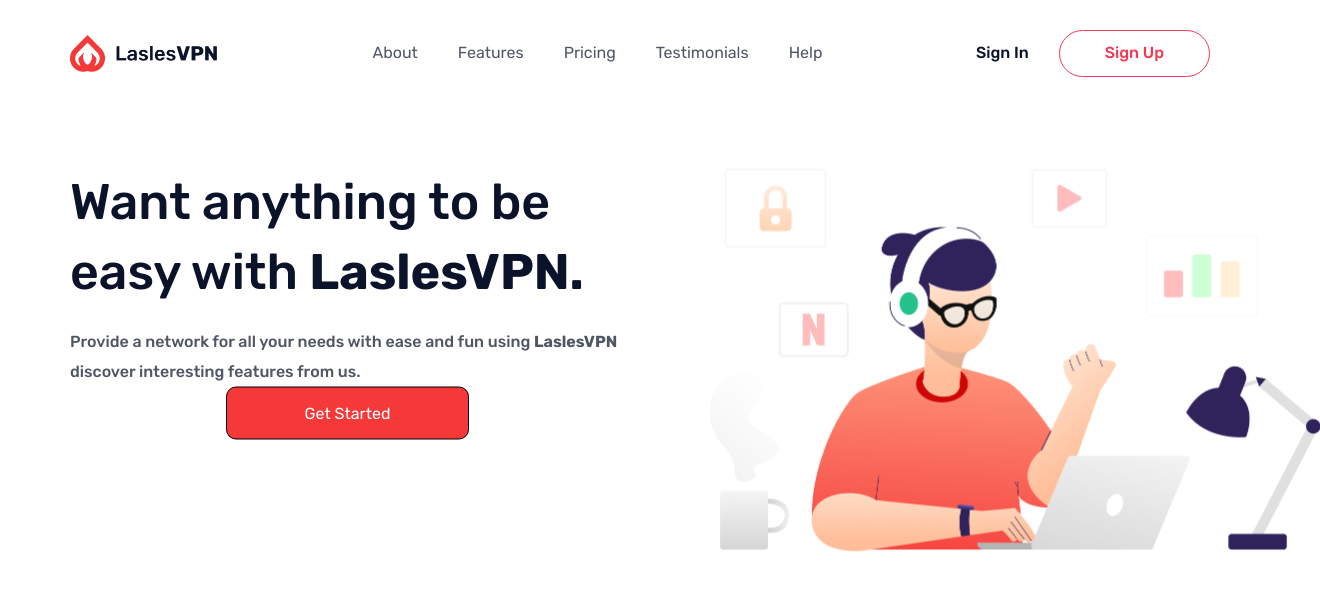
Repository: thefellowshiplotr/lasles_recode
Page: index.html
The author's editor kept a copy of each file at every save. The page is drawn from the files as they stood at one save, then again after the next save.
The browser window is 1280 px wide. The page is 1320 px wide, so the pictures cover 1320 px, including what lies to the right of the window. The pictures show the whole page.
The style sheet was rebuilt from its Sass, Less or Tailwind sources for each picture, by a compiler version that may differ from the author's.

Above is the page before, as saved 2022-10-28 13:47:02.

After the next save:
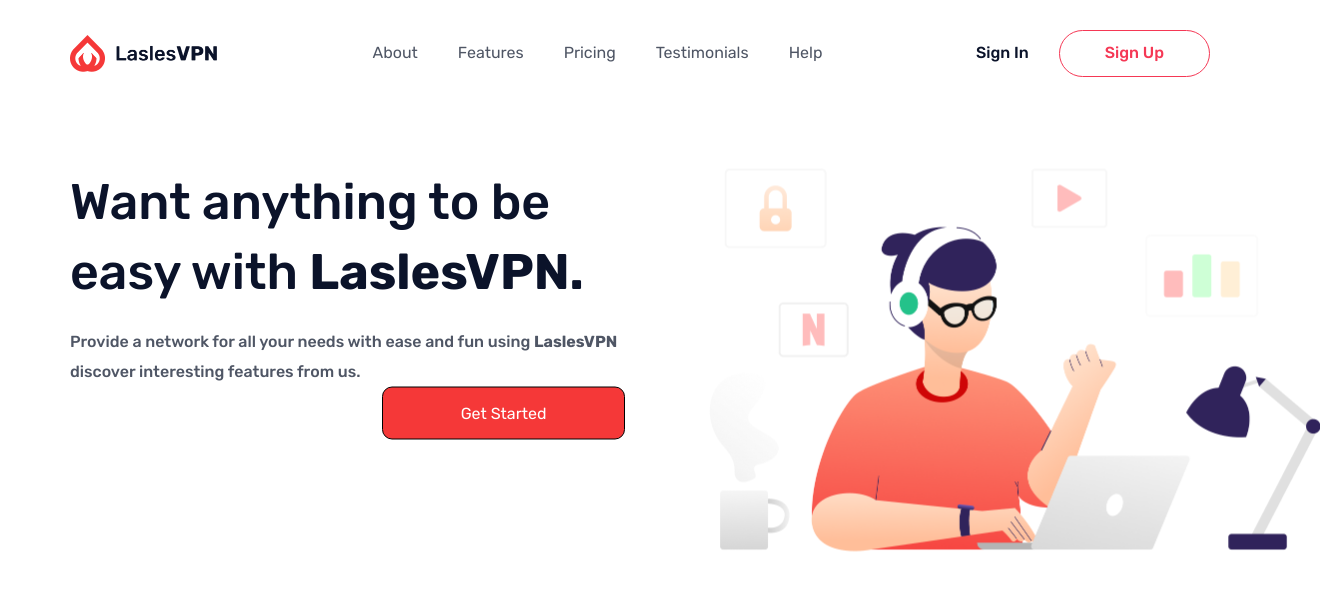
Saved 46 s later.
--- a/index.html
+++ b/index.html
@@ -58,7 +58,12 @@
                 <strong class="hero-laslesvpn2">LaslesVPN</strong> discover
                 interesting features from us.
               </p>
-              <a href="" class="button button-primary">Get Started</a>
+              <a
+                style="align-self: flex-end"
+                href=""
+                class="button button-primary"
+                >Get Started</a
+              >
             </div>
             <div class="hero-img">
               <img srcset="./img/hero-image.png 2x" alt="" />

After the save that followed:
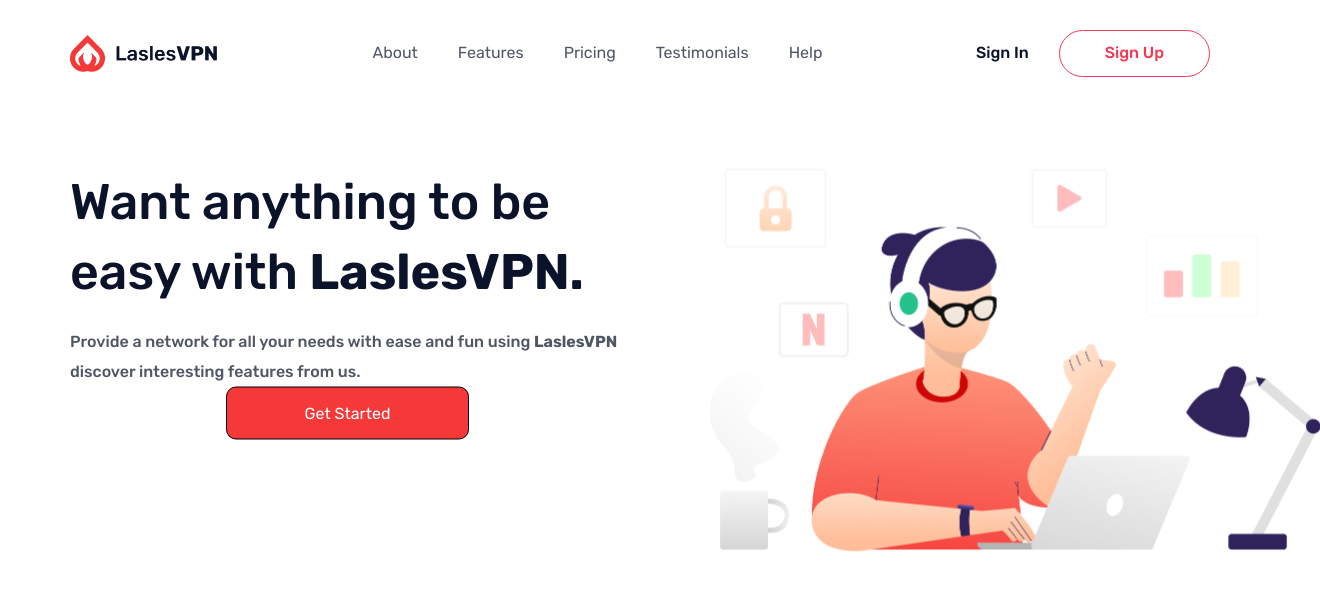
Saved 18 s later.
--- a/index.html
+++ b/index.html
@@ -59,7 +59,7 @@
                 interesting features from us.
               </p>
               <a
-                style="align-self: flex-end"
+                style="justify-self: flex-end"
                 href=""
                 class="button button-primary"
                 >Get Started</a
